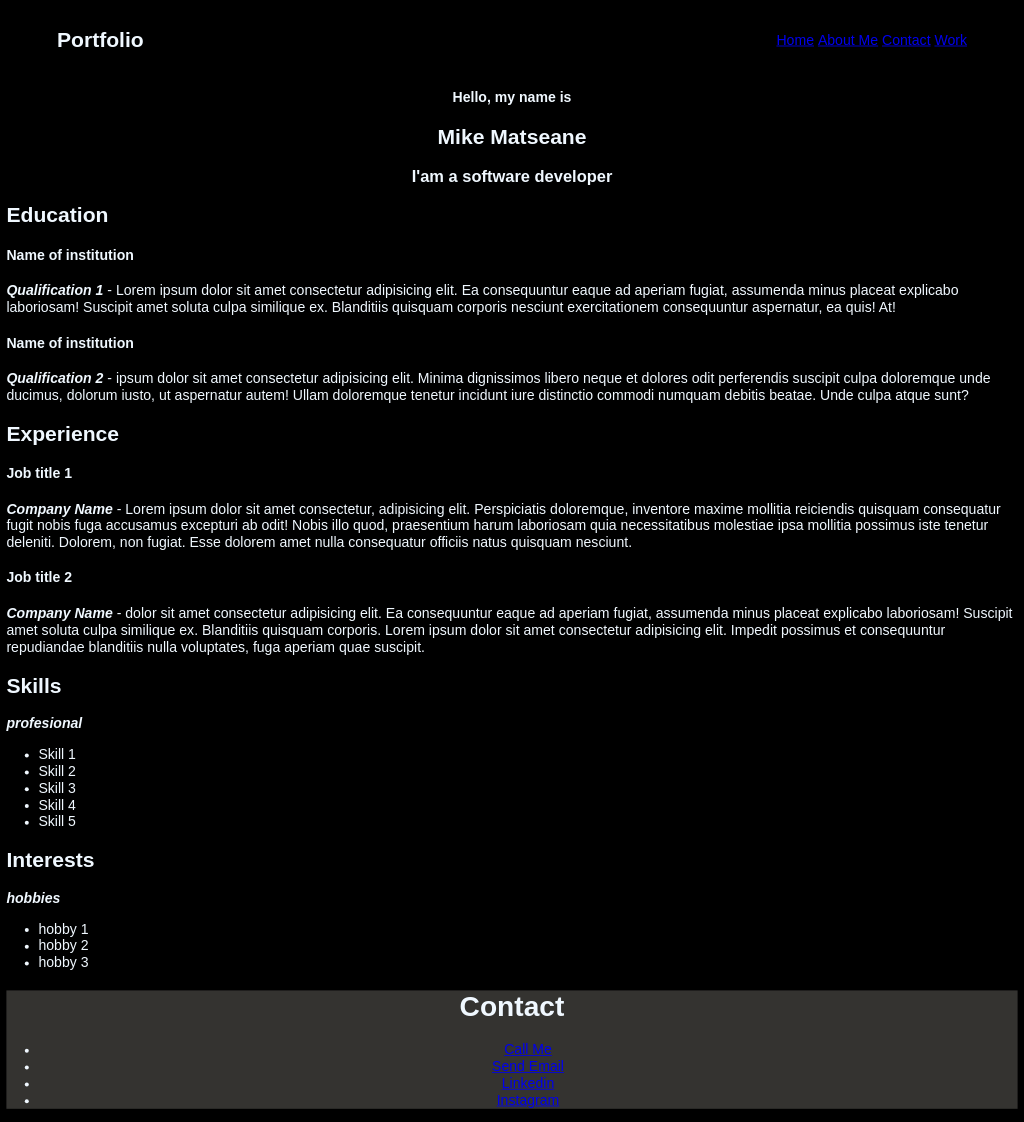
Repository: mikempho/Resume1
Page: resume1.html
These files come from the project's save history. The page is drawn as it stood at one moment and after the next save; the edit follows.
The browser window is 1280 px wide. The pictures show the whole page, at 80% of full size.

Above is the page before, as saved 2022-03-25 21:17:14.

After the next save:
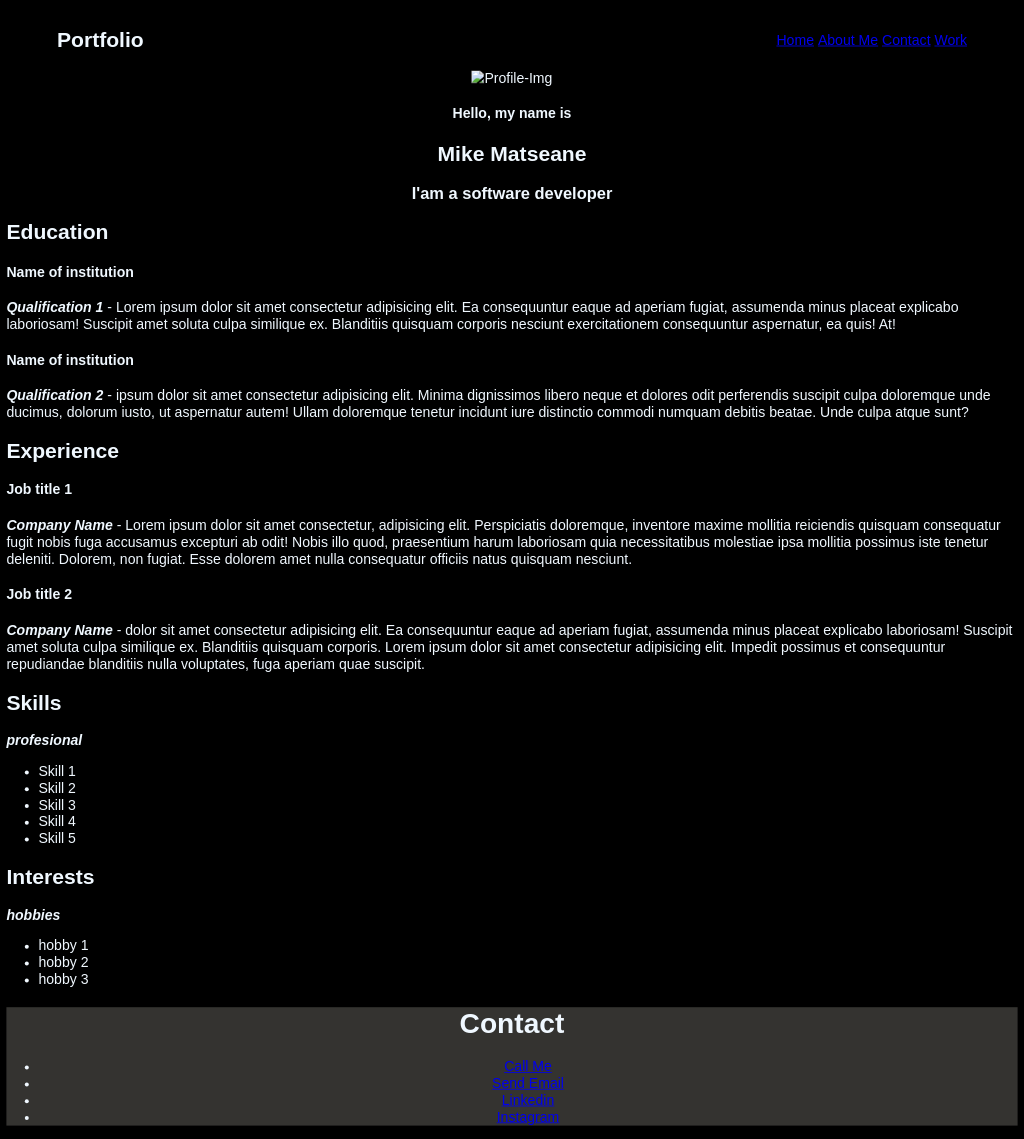
Saved 61 s later.
--- a/resume1.html
+++ b/resume1.html
@@ -25,6 +25,7 @@
                 <!-- <img src="" alt="Profile-Img"> -->
 
             <div class="Intro">
+                <img src="" alt="Profile-Img">
                 <h4>Hello, my name is </h4>
                 <h1>Mike <span>Matseane</span></h1>
                 <h3>I'am a software <span>developer</span></h3>
